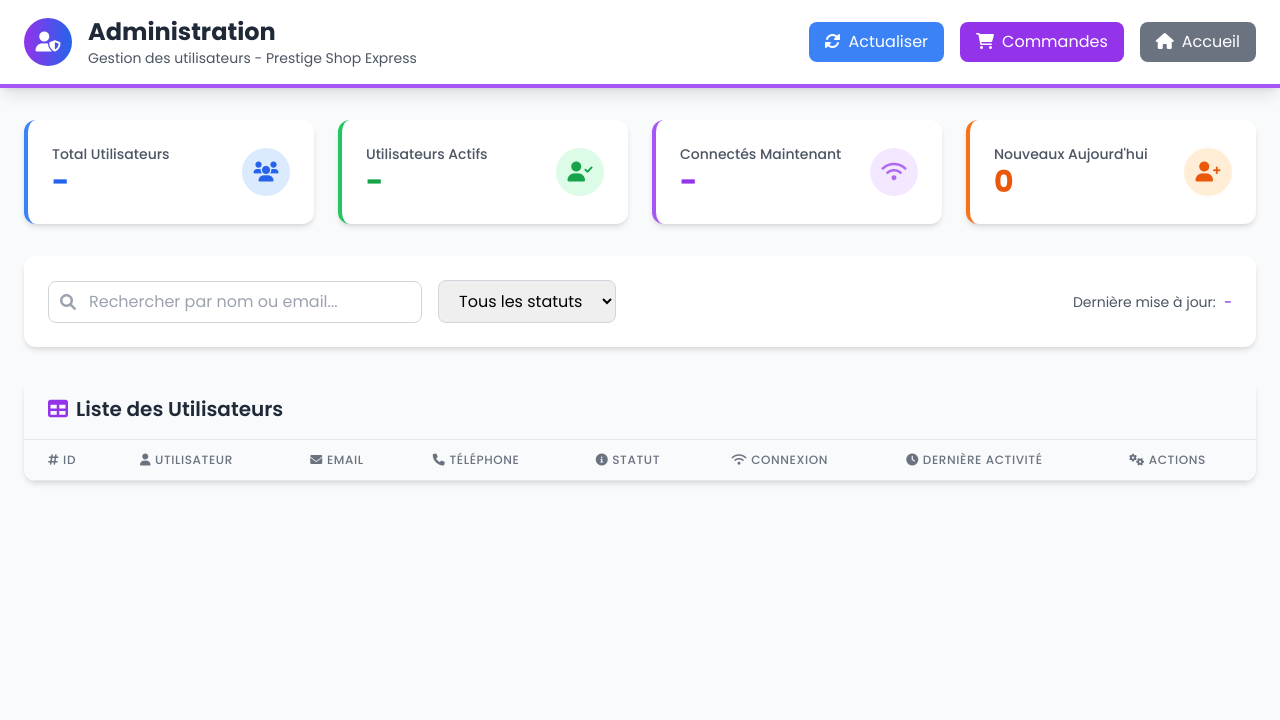
Repository: prestige225/prestige-shop-express-frontend
Page: admin.html
These files come from the project's save history. The page is drawn as it stood at one moment and after the next save; the edit follows.
The browser window is 1280 px wide. The pictures show the whole page.
Some web libraries are served in a nearby version.

Above is the page before, as saved 2025-11-06 03:04:39.

### admin.html
<!DOCTYPE html>
<html lang="fr">
<head>
    <meta charset="UTF-8">
    <meta name="viewport" content="width=device-width, initial-scale=1.0">
    <title>Administration | Prestige Shop Express</title>
    <script src="https://cdn.tailwindcss.com"></script>
    <link href="https://cdnjs.cloudflare.com/ajax/libs/font-awesome/6.0.0/css/all.min.css" rel="stylesheet">
    <style>
        @import url('https://fonts.googleapis.com/css2?family=Poppins:wght@300;400;500;600;700;800&display=swap');

        body {
            font-family: 'Poppins', sans-serif;
        }

        .admin-card {
            transition: all 0.3s ease;
        }

        .admin-card:hover {
            transform: translateY(-2px);
            box-shadow: 0 10px 25px rgba(0,0,0,0.1);
        }

        .status-badge {
            animation: pulse 2s infinite;
        }

        @keyframes pulse {
            0%, 100% { opacity: 1; }
            50% { opacity: 0.7; }
        }

        .loading {
            display: inline-block;
            width: 20px;
            height: 20px;
            border: 3px solid #f3f3f3;
            border-top: 3px solid #3498db;
            border-radius: 50%;
            animation: spin 1s linear infinite;
        }

        @keyframes spin {
            0% { transform: rotate(0deg); }
            100% { transform: rotate(360deg); }
        }
    </style>
</head>
<body class="bg-gray-50 min-h-screen">

    <!-- Header -->
    <header class="bg-white shadow-lg border-b-4 border-purple-500">
        <div class="container mx-auto px-6 py-4">
            <div class="flex items-center justify-between">
                <div class="flex items-center space-x-4">
                    <div class="w-12 h-12 bg-gradient-to-r from-purple-600 to-blue-600 rounded-full flex items-center justify-center">
                        <i class="fas fa-user-shield text-white text-xl"></i>
                    </div>
                    <div>
                        <h1 class="text-2xl font-bold text-gray-800">Administration</h1>
                        <p class="text-gray-600 text-sm">Gestion des utilisateurs - Prestige Shop Express</p>
                    </div>
                </div>
                <div class="flex items-center space-x-4">
                    <button onclick="refreshData()" class="bg-blue-500 hover:bg-blue-600 text-white px-4 py-2 rounded-lg transition-colors">
                        <i class="fas fa-sync-alt mr-2"></i>Actualiser
                    </button>
                    <a href="admin_commandes.html" class="bg-purple-600 hover:bg-purple-700 text-white px-4 py-2 rounded-lg transition-colors">
                        <i class="fas fa-shopping-cart mr-2"></i>Commandes
                    </a>
                    <a href="index.html" class="bg-gray-500 hover:bg-gray-600 text-white px-4 py-2 rounded-lg transition-colors">
                        <i class="fas fa-home mr-2"></i>Accueil
                    </a>
                </div>
            </div>
        </div>
    </header>

    <!-- Main Content -->
    <main class="container mx-auto px-6 py-8">

        <!-- Statistiques -->
        <div class="grid grid-cols-1 md:grid-cols-4 gap-6 mb-8">
            <div class="admin-card bg-white rounded-xl shadow-md p-6 border-l-4 border-blue-500">
                <div class="flex items-center justify-between">
                    <div>
                        <p class="text-gray-600 text-sm font-medium">Total Utilisateurs</p>
                        <p class="text-3xl font-bold text-blue-600" id="total-users">-</p>
                    </div>
                    <div class="w-12 h-12 bg-blue-100 rounded-full flex items-center justify-center">
                        <i class="fas fa-users text-blue-600 text-xl"></i>
                    </div>
                </div>
            </div>

            <div class="admin-card bg-white rounded-xl shadow-md p-6 border-l-4 border-green-500">
                <div class="flex items-center justify-between">
                    <div>
                        <p class="text-gray-600 text-sm font-medium">Utilisateurs Actifs</p>
                        <p class="text-3xl font-bold text-green-600" id="active-users">-</p>
                    </div>
                    <div class="w-12 h-12 bg-green-100 rounded-full flex items-center justify-center">
                        <i class="fas fa-user-check text-green-600 text-xl"></i>
                    </div>
                </div>
            </div>

            <div class="admin-card bg-white rounded-xl shadow-md p-6 border-l-4 border-purple-500">
                <div class="flex items-center justify-between">
                    <div>
                        <p class="text-gray-600 text-sm font-medium">Connectés Maintenant</p>
                        <p class="text-3xl font-bold text-purple-600" id="online-users">-</p>
                    </div>
                    <div class="w-12 h-12 bg-purple-100 rounded-full flex items-center justify-center">
                        <i class="fas fa-wifi text-purple-600 text-xl status-badge"></i>
                    </div>
                </div>
            </div>

            <div class="admin-card bg-white rounded-xl shadow-md p-6 border-l-4 border-orange-500">
                <div class="flex items-center justify-between">
                    <div>
                        <p class="text-gray-600 text-sm font-medium">Nouveaux Aujourd'hui</p>
                        <p class="text-3xl font-bold text-orange-600" id="new-today">0</p>
                    </div>
                    <div class="w-12 h-12 bg-orange-100 rounded-full flex items-center justify-center">
                        <i class="fas fa-user-plus text-orange-600 text-xl"></i>
                    </div>
                </div>
            </div>
        </div>

        <!-- Filtres et Recherche -->
        <div class="bg-white rounded-xl shadow-md p-6 mb-8">
            <div class="flex flex-col md:flex-row md:items-center md:justify-between space-y-4 md:space-y-0">
                <div class="flex items-center space-x-4">
                    <div class="relative">
                        <i class="fas fa-search absolute left-3 top-1/2 transform -translate-y-1/2 text-gray-400"></i>
                        <input type="text" id="search-input" placeholder="Rechercher par nom ou email..."
                               class="pl-10 pr-4 py-2 border border-gray-300 rounded-lg focus:ring-2 focus:ring-purple-500 focus:border-transparent">
                    </div>
                    <select id="status-filter" class="px-4 py-2 border border-gray-300 rounded-lg focus:ring-2 focus:ring-purple-500">
                        <option value="">Tous les statuts</option>
                        <option value="actif">Actifs</option>
                        <option value="suspendu">Suspendus</option>
                    </select>
                </div>
                <div class="flex items-center space-x-2">
                    <span class="text-sm text-gray-600">Dernière mise à jour:</span>
                    <span id="last-update" class="text-sm font-medium text-purple-600">-</span>
                </div>
            </div>
        </div>

        <!-- Message de statut -->
        <div id="status-message" class="hidden mb-6">
            <div class="bg-blue-50 border-l-4 border-blue-500 text-blue-700 p-4 rounded-lg">
                <div class="flex items-center">
                    <div class="loading mr-3"></div>
                    <span>Chargement des données...</span>
                </div>
            </div>
        </div>

        <!-- Tableau des utilisateurs -->
        <div class="bg-white rounded-xl shadow-md overflow-hidden">
            <div class="px-6 py-4 border-b border-gray-200 bg-gray-50">
                <h2 class="text-xl font-semibold text-gray-800 flex items-center">
                    <i class="fas fa-table mr-2 text-purple-600"></i>
                    Liste des Utilisateurs
                </h2>
            </div>

            <div class="overflow-x-auto">
                <table class="w-full">
                    <thead class="bg-gray-50 border-b border-gray-200">
                        <tr>
                            <th class="px-6 py-3 text-left text-xs font-medium text-gray-500 uppercase tracking-wider">
                                <i class="fas fa-hashtag mr-1"></i>ID
                            </th>
                            <th class="px-6 py-3 text-left text-xs font-medium text-gray-500 uppercase tracking-wider">
                                <i class="fas fa-user mr-1"></i>Utilisateur
                            </th>
                            <th class="px-6 py-3 text-left text-xs font-medium text-gray-500 uppercase tracking-wider">
                                <i class="fas fa-envelope mr-1"></i>Email
                            </th>
                            <th class="px-6 py-3 text-left text-xs font-medium text-gray-500 uppercase tracking-wider">
                                <i class="fas fa-phone mr-1"></i>Téléphone
                            </th>
                            <th class="px-6 py-3 text-left text-xs font-medium text-gray-500 uppercase tracking-wider">
                                <i class="fas fa-info-circle mr-1"></i>Statut
                            </th>
                            <th class="px-6 py-3 text-left text-xs font-medium text-gray-500 uppercase tracking-wider">
                                <i class="fas fa-wifi mr-1"></i>Connexion
                            </th>
                            <th class="px-6 py-3 text-left text-xs font-medium text-gray-500 uppercase tracking-wider">
                                <i class="fas fa-clock mr-1"></i>Dernière Activité
                            </th>
                            <th class="px-6 py-3 text-left text-xs font-medium text-gray-500 uppercase tracking-wider">
                                <i class="fas fa-cogs mr-1"></i>Actions
                            </th>
                        </tr>
                    </thead>
                    <tbody id="users-table-body" class="bg-white divide-y divide-gray-200">
                        <!-- Les données seront chargées ici -->
                    </tbody>
                </table>
            </div>
        </div>

        <!-- Message si aucun utilisateur -->
        <div id="no-users-message" class="hidden text-center py-12">
            <div class="max-w-md mx-auto">
                <i class="fas fa-users text-gray-300 text-6xl mb-4"></i>
                <h3 class="text-xl font-semibold text-gray-600 mb-2">Aucun utilisateur trouvé</h3>
                <p class="text-gray-500">Il n'y a pas encore d'utilisateurs inscrits ou ils ne correspondent pas aux filtres appliqués.</p>
            </div>
        </div>
    </main>

    <script src="api-config.js"></script>
</body>
</html>

### api-config.js
// Configuration de l'API
const API_BASE_URL = 'https://prestige-shop-backend.onrender.com/api';

// Fonction utilitaire pour effectuer les appels API
function apiCall(endpoint, options = {}) {
    const url = `${API_BASE_URL}${endpoint}`;
    return fetch(url, options);
}

// Export pour une utilisation dans d'autres modules
if (typeof module !== 'undefined' && module.exports) {
    module.exports = { API_BASE_URL, apiCall };
}

After the next save:
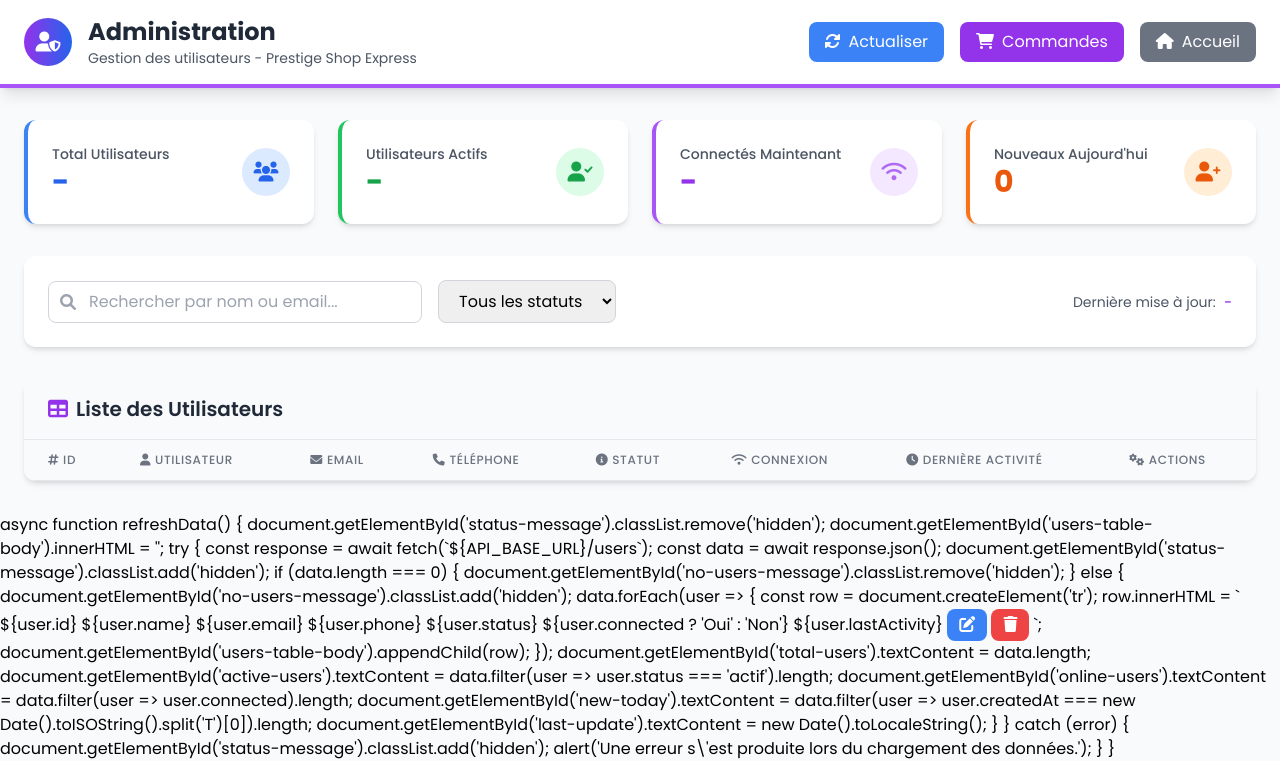
Console error (its wording comes from the project's code and is left out).
Saved 20 s later.
--- a/admin.html
+++ b/admin.html
@@ -222,3 +222,47 @@
     <script src="api-config.js"></script>
 </body>
 </html>
+
+async function refreshData() {
+    document.getElementById('status-message').classList.remove('hidden');
+    document.getElementById('users-table-body').innerHTML = '';
+    try {
+        const response = await fetch(`${API_BASE_URL}/users`);
+        const data = await response.json();
+        document.getElementById('status-message').classList.add('hidden');
+        if (data.length === 0) {
+            document.getElementById('no-users-message').classList.remove('hidden');
+        } else {
+            document.getElementById('no-users-message').classList.add('hidden');
+            data.forEach(user => {
+                const row = document.createElement('tr');
+                row.innerHTML = `
+                    <td class="px-6 py-4 whitespace-nowrap text-sm font-medium text-gray-900">${user.id}</td>
+                    <td class="px-6 py-4 whitespace-nowrap text-sm font-medium text-gray-900">${user.name}</td>
+                    <td class="px-6 py-4 whitespace-nowrap text-sm font-medium text-gray-900">${user.email}</td>
+                    <td class="px-6 py-4 whitespace-nowrap text-sm font-medium text-gray-900">${user.phone}</td>
+                    <td class="px-6 py-4 whitespace-nowrap text-sm font-medium text-gray-900">${user.status}</td>
+                    <td class="px-6 py-4 whitespace-nowrap text-sm font-medium text-gray-900">${user.connected ? 'Oui' : 'Non'}</td>
+                    <td class="px-6 py-4 whitespace-nowrap text-sm font-medium text-gray-900">${user.lastActivity}</td>
+                    <td class="px-6 py-4 whitespace-nowrap text-sm font-medium text-gray-900">
+                        <button onclick="editUser(${user.id})" class="bg-blue-500 hover:bg-blue-600 text-white px-3 py-1 rounded-lg transition-colors">
+                            <i class="fas fa-edit"></i>
+                        </button>
+                        <button onclick="deleteUser(${user.id})" class="bg-red-500 hover:bg-red-600 text-white px-3 py-1 rounded-lg transition-colors">
+                            <i class="fas fa-trash"></i>
+                        </button>
+                    </td>
+                `;
+                document.getElementById('users-table-body').appendChild(row);
+            });
+            document.getElementById('total-users').textContent = data.length;
+            document.getElementById('active-users').textContent = data.filter(user => user.status === 'actif').length;
+            document.getElementById('online-users').textContent = data.filter(user => user.connected).length;
+            document.getElementById('new-today').textContent = data.filter(user => user.createdAt === new Date().toISOString().split('T')[0]).length;
+            document.getElementById('last-update').textContent = new Date().toLocaleString();
+        }
+    } catch (error) {
+        document.getElementById('status-message').classList.add('hidden');
+        alert('Une erreur s\'est produite lors du chargement des données.');
+    }
+}
